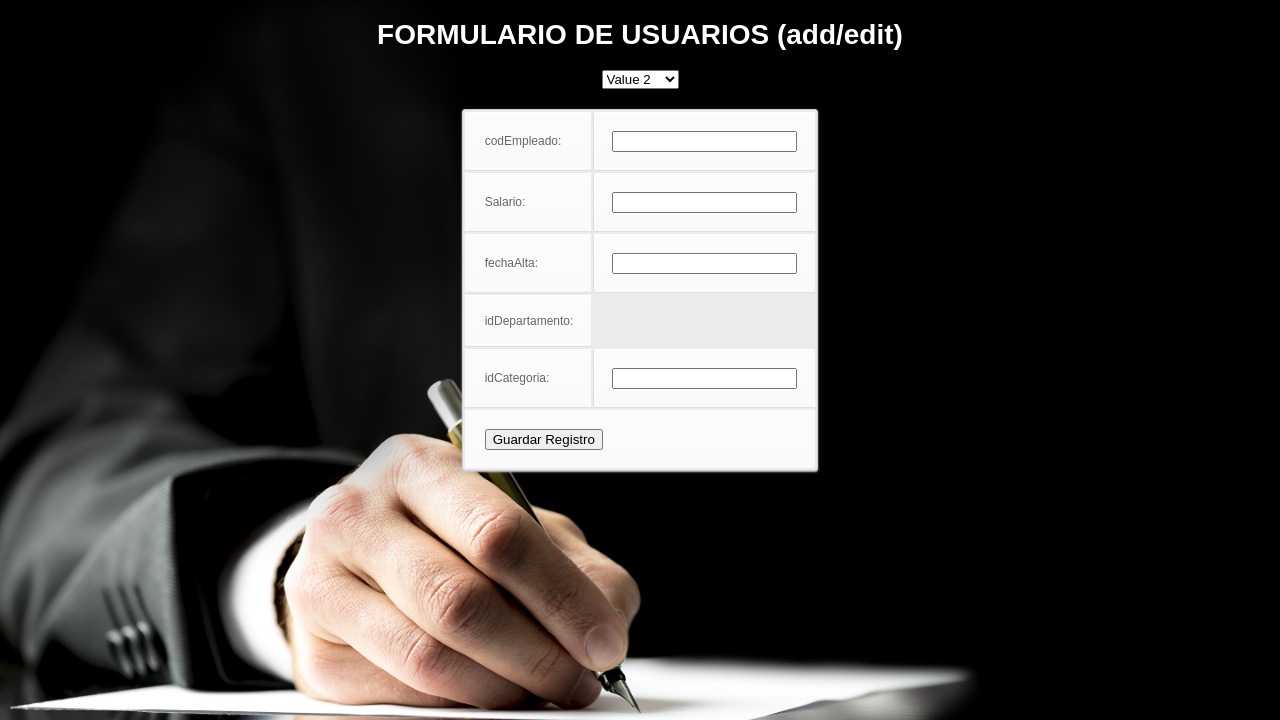
Repository: Sirfernandisco/ProyectoAgenda
Page: http://localhost/PorFinAgenda/WEB-INF/view/darAlta.jsp
An editor plug-in stored every save of this project. The page is shown before and after the next save, followed by the edit.
The browser window is 1280 px wide. The pictures show the whole page.
The page is served by Tomcat 9. Nobody is signed in. The template is opened directly, without the code that normally fills it, so the values that code supplies are empty.

Above is the page before, as saved 2018-06-07 14:54:19.

After the next save:
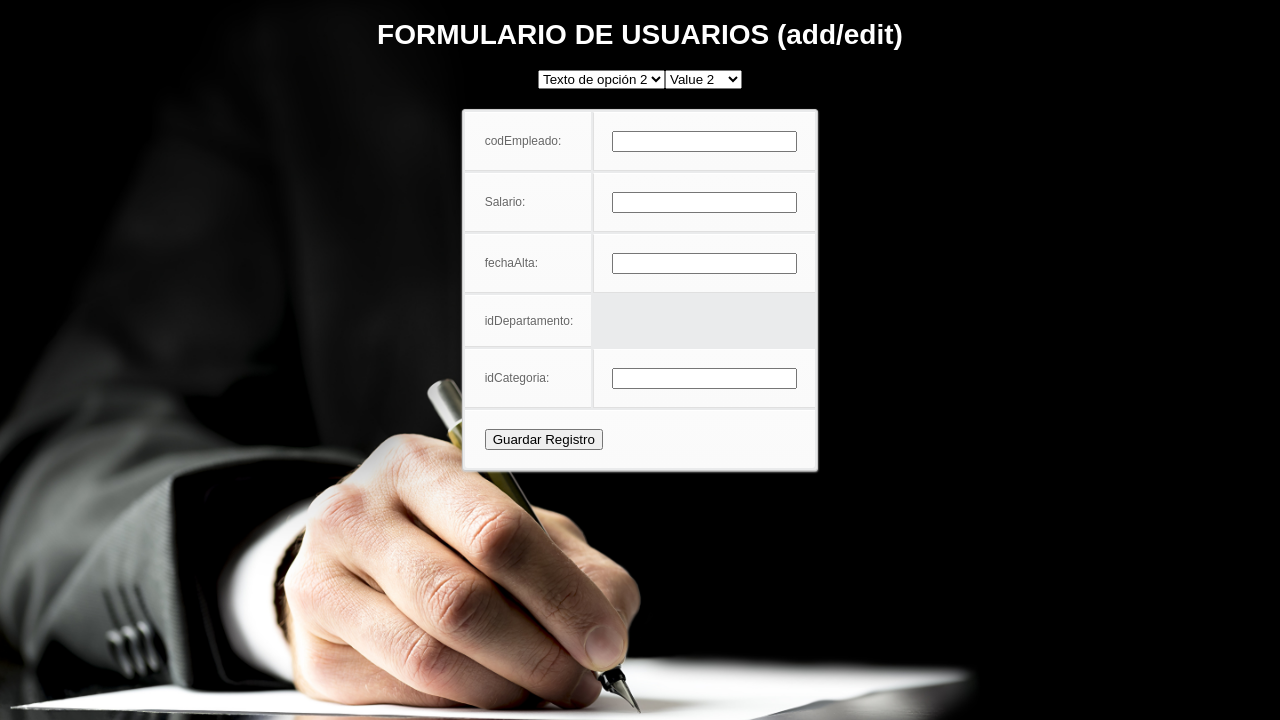
Saved 8 min 10 s later.
--- a/PorFinAgenda/src/main/webapp/WEB-INF/view/darAlta.jsp
+++ b/PorFinAgenda/src/main/webapp/WEB-INF/view/darAlta.jsp
@@ -29,9 +29,16 @@
 				</tr>
 				<tr>
 					<td>idDepartamento:</td>
-<%-- 					<td><form:input path="departamentos.iddepartamento" /></td> --%>
+					<%-- 					<td><form:input path="departamentos.iddepartamento" /></td> --%>
+					<select name="departamentos.iddepartamento">
+						<option value="1">Texto de opción 1</option>
+						<option value="2" selected>Texto de opción 2</option>
+						<option value="3">Texto de opción 3</option>
+						<option value="4">Texto de opción 4</option>
+					</select>
 					<select name="select">
-						<option value="1" path="departamentos.iddepartamento">1- RRHH</option>
+						<option value="1" path="departamentos.iddepartamento">1-
+							RRHH</option>
 						<option value="value2" selected>Value 2</option>
 						<option value="value3">Value 3</option>
 					</select>
